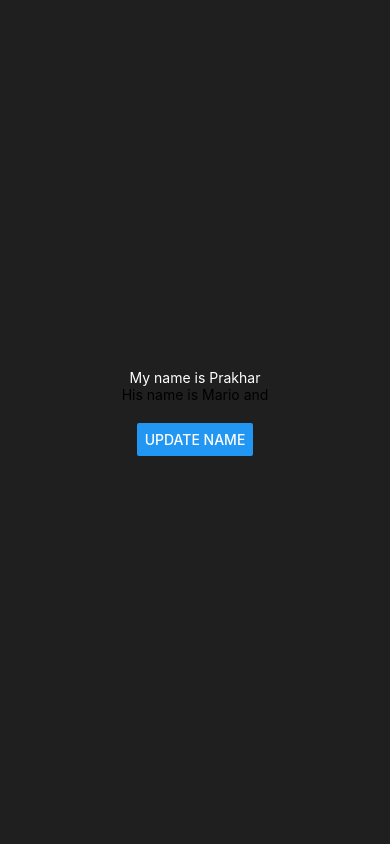
Repository: PrakharGupta36/TodoApp-React-Native
Screen: /
An editor plug-in stored every save of this project. The screen is shown before and after a run of saves, followed by the edit.
The app was drawn by React Native's web renderer in a window 390 px wide. The project was rebuilt for these pictures with package versions that can differ from the ones it lists, and the page was loaded fresh each time.

Above is the screen before, as saved 2022-03-16 00:23:25.

After the next 4 saves:
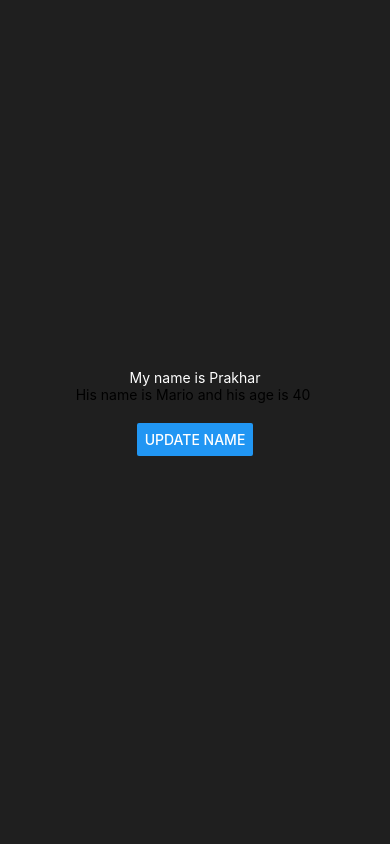
The 4 saves are shown as one change because they came seconds apart.
The last was saved 17 s later.
--- a/App.js
+++ b/App.js
@@ -3,17 +3,20 @@
 
 export default function App() {
   const [name, setName] = useState("Prakhar");
-  const [person,setPerson] = useState({name:"Mario",age:40})
+  const [person, setPerson] = useState({ name: "Mario", age: 40 });
 
   const changeName = () => {
-    setName("User")
-    setPerson()
-  }
+    setName("User");
+    setPerson();
+  };
 
   return (
     <View style={styles.container}>
       <Text style={styles.text}>My name is {name}</Text>
-      <Text> His name is {person.name} and </Text>
+      <Text>
+
+        His name is {person.name} and his age is {person.age}{" "}
+      </Text>
       <View style={styles.buttonContainer}>
         <Button title='Update Name' onPress={changeName} />
         <StatusBar style='auto' />
